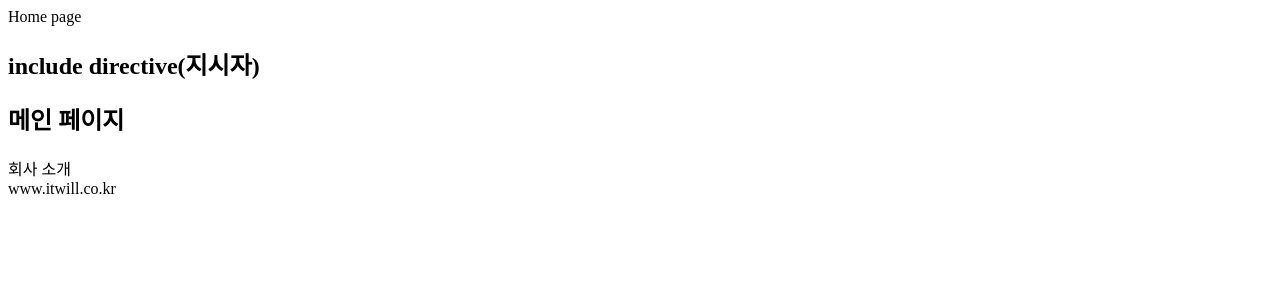
Repository: ljh5973/labweb
Page: http://localhost/JSP02/05_include.jsp
An editor plug-in stored every save of this project. The page is shown before and after the next save, followed by the edit.
The browser window is 1280 px wide. The pictures show the whole page.
The page is served by Tomcat 9. Other server files are loaded and not shown.

Above is the page before, as saved 2022-01-07 08:20:55.

### JSP02/webapp/05_include.jsp
<%@ page language="java" contentType="text/html; charset=UTF-8"
	pageEncoding="UTF-8"%>
<%@ page trimDirectiveWhitespaces="true"%>
<!DOCTYPE html>
<html>
<head>
<meta charset="UTF-8">
<title>JSP 2</title>
</head>
<body>

<%-- JSP( 메인) 페이지에서 다른 JSP, JSPF, HTML을 포함시키고자 할 때,
	<%@ include %> 지시자를 사용.
	include 지시자가 사용된 위치에 해당 내용들이 삽입된 후, 하나의 자바 서블릿 클래스로
 --%>

	<%@ include file="05_header.jspf" %>
	<section>
		<h1>include directive(지시자)</h1>
		<h2>메인 페이지</h2>
	</section>

	<%@ include file="05_footer.jsp" %>
</body>
</html>

### JSP02/webapp/05_header.jspf
<%@ page language="java" contentType="text/html; charset=UTF-8"
    pageEncoding="UTF-8"%>
<header class="header">
	Home page
</header>

### JSP02/webapp/05_footer.jsp
<%@ page language="java" contentType="text/html; charset=UTF-8"
    pageEncoding="UTF-8"%>

   <footer class="footer">
   	회사 소개<br>
   	www.itwill.co.kr
   </footer>

### JSP02/webapp/css/mystyle.css
@charset "UTF-8";

.header{
	height: 200px;
	background-color: dodgerblue;
	color:white;
}

.footer{
	height: 100px;
	background-color: darkgray;
	color:white;
}

After the next save:
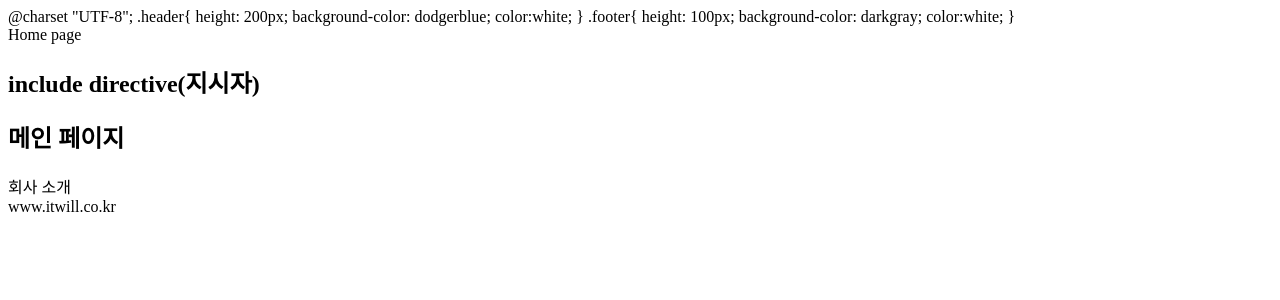
Saved 23 s later.
--- a/JSP02/webapp/05_include.jsp
+++ b/JSP02/webapp/05_include.jsp
@@ -6,6 +6,8 @@
 <head>
 <meta charset="UTF-8">
 <title>JSP 2</title>
+
+<%@ include file="css/mystyle.css" %>
 </head>
 <body>
 
